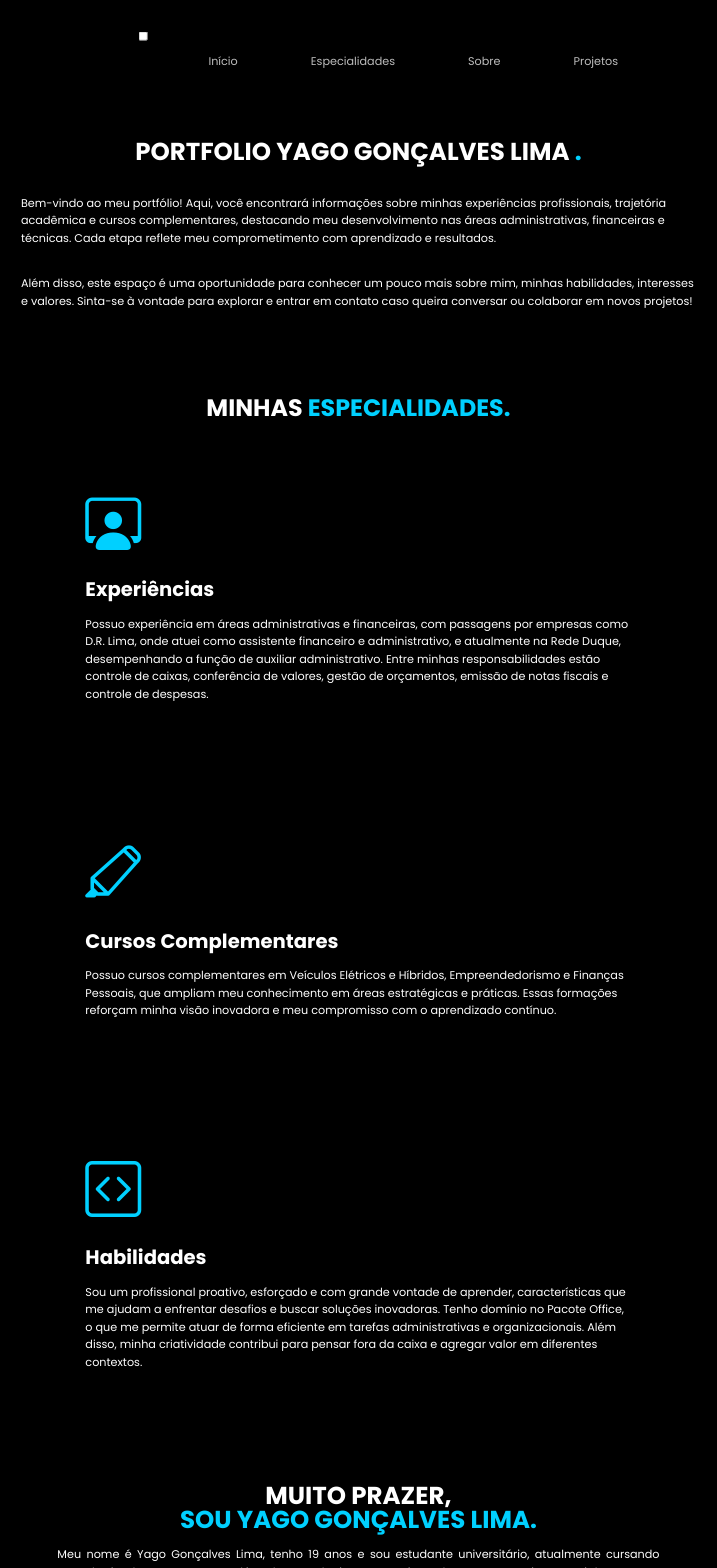
Repository: yagolima1511/Portfolio
Page: index.html
An editor plug-in stored every save of this project. The page is shown before and after the next save, followed by the edit.
The browser window is 1024 px wide. The pictures show the part of the page from y = 0 to 2240 px (the page is 5582 px tall before and 5605 px after), at 70% of full size.

Above is the page before, as saved 2025-03-03 21:15:06.

### index.html
<!DOCTYPE html>
<html lang="pt-br">
<head>
    <meta charset="UTF-8">
    <meta name="viewport" content="width=device-width, initial-scale=1.0">
    <link rel="preconnect" href="https://fonts.googleapis.com">
<link rel="preconnect" href="https://fonts.gstatic.com" crossorigin>
<link href="https://fonts.googleapis.com/css2?family=Cabin:ital,wght@0,400..700;1,400..700&family=Poppins:ital,wght@0,100;0,200;0,300;0,400;0,500;0,600;0,700;0,800;0,900;1,100;1,200;1,300;1,400;1,500;1,600;1,700;1,800;1,900&display=swap" rel="stylesheet">
<link rel="stylesheet" href="https://cdn.jsdelivr.net/npm/bootstrap-icons@1.11.3/font/bootstrap-icons.min.css">
    <link rel="stylesheet" href="style.css">
    <link rel="icon" href="imagens.portifolio/logo_yago_sem_fundo.png">
    <title>Yago Gonçalves Lima</title>
</head>
<body>

    <header>
        <div class="interface">
             <nav>
                <nav class="menu-desktop">
                    <ul>
                        <li><a href="#início">Início</a></li>
                        <li><a href="#especialidades">Especialidades</a></li>
                        <li><a href="#sobre">Sobre</a></li>
                        <li><a href="#projetos">Projetos</a></li>
                    </ul>
                </nav>
             </nav>
             <!-- MENU MOBILE-->
              <div class="menu-mobile">
                <input type="checkbox" id="menu-toggle">
                <label for="menu-toggle" class="menu-btn">
                    <i class="bi bi-list"></i>
                </label>
                <nav class="mobiel-nav">
                    <ul>
                          <li><a href="#início">Início</a></li>
                        <li><a href="#especialidades">Especialidades</a></li>
                        <li><a href="#sobre">Sobre</a></li>
                        <li><a href="#projetos">Projetos</a></li>
                    </ul>

                    <div class="btn-contato">
                        <a href="https://api.whatsapp.com/send?phone=5511951423405">
                            <Button>Contato</Button>
                        </a>
                    </div>


                    </ul>
                </nav>
              </div>
             <!--fim responsividade-->
             <div class="btn-contato">
                <a href="https://api.whatsapp.com/send?phone=5511951423405">
                    <button>Contato</button>
                </a>
             </div>
        </div><!--INTERFACE-->
    </header>

    <main>
        <section id="início">
        <section class="topo-do-site">
            <div class="interface">
                <div class="flex">
                    <div class="txt-topo-site">
                       <h1>PORTFOLIO YAGO GONÇALVES LIMA <span>.</span></h1>
                       <p>Bem-vindo ao meu portfólio! Aqui, você encontrará informações sobre minhas experiências profissionais, trajetória acadêmica e cursos complementares, destacando meu desenvolvimento nas áreas administrativas, financeiras e técnicas. Cada etapa reflete meu comprometimento com aprendizado e resultados.</p>
                       <p>Além disso, este espaço é uma oportunidade para conhecer um pouco mais sobre mim, minhas habilidades, interesses e valores. Sinta-se à vontade para explorar e entrar em contato caso queira conversar ou colaborar em novos projetos!</p>

                       <div class="btn-contato">
                        <a href="https://www.canva.com/design/DAGZft-klJw/L4ZIEv-Um3k0rW6E9iZL9g/edit?utm_content=DAGZft-klJw&utm_campaign=designshare&utm_medium=link2&utm_source=sharebutton">
                            <button>Dashboard CV</button>
                        </a>
                       </div>
                    </div>
                    <div class="img-topo-site">
                        <img id="img-home" src="imagens.portifolio/yago sem fundo.png" alt="" class="tamanho-fixo">

                    </div>
                </div>
            </div>
        </section>
    </section>
        <section id="especialidades">

        <section class="especialidades">
            <div class="interface">
                <h2 class="titulo">MINHAS <span>ESPECIALIDADES.</span></h2>
                <div class="flex">
                     <div class="especialidades-box">
                     <i class="bi bi-code-square"></i>
                     <h3>Habilidades</h3>
                     <p>Sou um profissional proativo, esforçado e com grande vontade de aprender, características que me ajudam a enfrentar desafios e buscar soluções inovadoras. Tenho domínio no Pacote Office, o que me permite atuar de forma eficiente em tarefas administrativas e organizacionais. Além disso, minha criatividade contribui para pensar fora da caixa e agregar valor em diferentes contextos.</p>
                </div>


                     <div class="especialidades-box">
                        <i class="bi bi-highlighter"></i>
                     <h3>Cursos Complementares</h3>
                     <p>Possuo cursos complementares em Veículos Elétricos e Híbridos, Empreendedorismo e Finanças Pessoais, que ampliam meu conhecimento em áreas estratégicas e práticas. Essas formações reforçam minha visão inovadora e meu compromisso com o aprendizado contínuo.</p>
                </div>

                     <div class="especialidades-box">
                        <i class="bi bi-person-workspace"></i>
                     <h3>Experiências</h3>
                     <p>Possuo experiência em áreas administrativas e financeiras, com passagens por empresas como D.R. Lima, onde atuei como assistente financeiro e administrativo, e atualmente na Rede Duque, desempenhando a função de auxiliar administrativo. Entre minhas responsabilidades estão controle de caixas, conferência de valores, gestão de orçamentos, emissão de notas fiscais e controle de despesas.
                    </p>
                </div>
            </div>
        </section>
    </section>
             <section id="sobre">
                    <section class="sobre">
                        <div class="interface">
                            <div class="flex">
                                <div class="img-sobre">
                                    <img src="imagens.portifolio/camisa gravata.jpeg" alt="" class="tamanho-fixo">
                                </div>
                                <div class="txt-sobre">
                                      <h2>MUITO PRAZER,<span> SOU YAGO GONÇALVES LIMA.</span> </h2>
                                          <p>Meu nome é Yago Gonçalves Lima, tenho 19 anos e sou estudante universitário, atualmente cursando Engenharia de Computação. Além da tecnologia, sou apaixonado por economia, especialmente por entender como as dinâmicas do mercado influenciam nosso dia a dia.</p>
                                          <p>Combinando meu conhecimento técnico e minha visão estratégica, estou sempre em busca de oportunidades para criar soluções inovadoras e gerar impacto real. Adoro desafios e acredito que o futuro pertence a quem está disposto a aprender e empreender!</p>
                                          <div class="btn-social">

                                                <a href="https://api.whatsapp.com/send?phone=5511951423405"><button><i class="bi bi-whatsapp"></i></button></a>
                                                <a href="https://www.linkedin.com/in/yago-lima-50758a299?utm_source=share&utm_campaign=share_via&utm_content=profile&utm_medium=ios_app"><button><i class="bi bi-linkedin"></i></button></a>

                                          </div>
                                </div>

                            </div>
                        </div>
                    </section>
                </section>
                    <section id="projetos">

                    <section class="projetos">
                        <div class="interface">
                            <h2><h2 class="titulo">PROJETO <span>DESENVOLVIDO.</span></h2></h2>

                           <div class="flex">
                            <div class="img-proj" style="background-image: url(imagens.portifolio/WhatsApp\ Image\ 2024-12-10\ at\ 22.25.13.jpeg);">
                                <div class="overlay">Projeto AlphaTec</div>
                            </div>
                            <div class="img-proj" style="background-image: url(imagens.portifolio/WhatsApp\ Image\ 2024-12-10\ at\ 22.20.26.jpeg);">
                                <div class="overlay">Projeto AlphaTec</div>
                            </div>
                            <div class="img-proj" style="background-image: url(imagens.portifolio/WhatsApp\ Image\ 2024-12-10\ at\ 22.20.24.jpeg);">
                                <div class="overlay">Projeto AlphaTec</div>

                            </div>
                           </div>
                        </div>

                        <section class="projeto">
                            <div class="interface">
                                <div class="flex">
                        <div class="txt-paragrafo-projeto">
                                <p>Juntamente com meus colegas de faculdade, desenvolvemos o Projeto AlphaTec. O projeto do carrinho autônomo com Arduino é uma aplicação simples de robótica, onde o objetivo principal é criar um veículo que detecte obstáculos e mude de direção automaticamente usando um sensor ultrassônico. Aqui está uma explicação didática e direta sobre os principais componentes e funcionamento:</p>

                        </div> <!--txt-->
                    </div>
                            </div><!--INTERFACE-->



                     </section>


                     <ul>
                        <li>
                            Arduino: É o "cérebro" do carrinho, responsável por processar as informações do sensor ultrassônico e controlar os motores.
                        <li>

                                Sensor Ultrassônico (HC-SR04): Detecta obstáculos à frente, medindo a distância usando ondas sonoras.
                            </li>
                            <li>
                                Motores e Ponte H (L298N): Movem o carrinho e permitem controlar o sentido de rotação (para frente, para trás ou virar).
                            </li>
                            <li>
                                Baterias/Pilhas: Alimentam o Arduino e os motores.
                            </li>
                            <li>
                                Estrutura do Carrinho: Uma base com rodas onde os componentes são fixados
                            </li>
                        </ul>

                    </section>
                </section>


    </main>
    <footer>
        <div class="interface">
            <div class="line-footer">
                <div class="flex">
                <div class="btn-social">

                    <a href="https://api.whatsapp.com/send?phone=5511951423405"><button><i class="bi bi-whatsapp"></i></button></a>
                    <a href="https://www.linkedin.com/in/yago-lima-50758a299?utm_source=share&utm_campaign=share_via&utm_content=profile&utm_medium=ios_app"><button><i class="bi bi-linkedin"></i></button></a>

              </div>
            </div>
            </div>
                <div class="line-footer borda">
                    <p><i class="bi bi-envelope-fill"></i> <a href="mailto:goncalveslima2005@gmail.com">goncalveslima2005@gmail.com</a></p>

            </div>

        </div>
    </footer>
</body>
</html>

### style.css
/*ESTILO GERAL*/
html {
    scroll-behavior: smooth;
}

*{
    margin: 0;
    padding: 0;
    box-sizing: 0;
    font-family: "Poppins", serif;
}

body{
    background-color: black;
    height: 100vh;
}

.interface{
    max-width: 1280px;
    margin: 0 auto;
}

.flex{
    display: flex;
}

.btn-contato button{
    padding: 10px 40px;
    font-size: 18px;
    font-weight: 700;
    background-color: #00d0ff;
    border: 0;
    border-radius: 30px;
    cursor: pointer;
    transition: .2s;
}

h2.titulo{
    color: white;
    font-size: 38px;
    text-align: center;
}

h2.titulo span{
    color: #00d0ff;
}

 button:hover{
    box-shadow: 0px 0px 8px #00d0ff;
    transform: scale(1.05);
}

/* ESTILO DO CABEÇALHO */
header{
    padding: 40px 4%;
}

header > .interface{
    display: flex;
    align-items: left;
    justify-content: space-between;
}

header a{
    color: #7d7d7d;
    text-decoration: none;
    display: inline-block;
    transition: .2s;
}

header a:hover{
    color:#fff;
    transform: scale(1.05);
}

header nav ul{
    list-style-type: none;
}

header nav ul li{
    display: inline-block;
    padding: 0 50px;
}

/* ESTILO DO TOPO DO SITE */
section.topo-do-site{
    padding: 40px 0%;
}

section.top-do-site.flex{
    align-items: center;
    justify-content: center;
    gap: 90px;
}

.topo-do-site h1{
    color: white;
    font-size: 42px;
    line-height: 40px;
}

.txt-topo-site span{
    color: #00d0ff;
}

.topo-do-site .txt-topo-site p{
    color: white;
    margin: 40px 30px;

}

.topo-do-site .img-topo-site img{
    position: relative;
    animation: flutuar 2s ease-in-out infinite alternate;
}

@keyframes flutuar{
    0%{
        top: 0;
    }
    100%{
        top: 30px;
    }
}

/* ESPECIALIDADES */
section.especialidades{
    padding: 40px 4%;
}

section.especialidades .flex{
    gap: 60px;
}

.especialidades .especialidades-box{
    color: white;
    padding: 40px;
    border-radius: 20px;
    margin-top: 45px;
    transition: .2s;
}

.especialidades .especialidades-box:hover{
    transform: scale(1.05);
    box-shadow: 0 0 8px #ffffff78;
}

.especialidades .especialidades-box i{
    font-size: 80px;
    color: #00d0ff;
}

.especialidades .especialidades-box h3{
   font-size: 28px;
   margin: 15px 0;
}

/* ESTILO SOBRE */
section.sobre{
    padding: 80px 4%;
}

section.sobre .flex{
    align-items: center;
    gap: 60px;
}

.sobre .txt-sobre{
    color: white;
    line-height: 40px;
    margin-bottom: 30px;
}

.sobre .txt-sobre h2{
    font-size: 40px;
}

.sobre .txt-sobre h2 span{
    color: #00d0ff;
    display: block;
}

.sobre .txt-sobre p{
     margin: 20px 0;
     text-align: justify;
     line-height: 25px;
}

 .btn-social button{
     width: 60px;
     height: 60px;
     border-radius: 50%;
     border: none;
     background-color: #00d0ff;
     font-size: 22px;
     cursor: pointer;
     margin: 0 5px;
     transition: 2.s;
}

/* ESTILO DO PORTIFÓLIO */
section.projetos{
     padding: 80px 4%;
     box-shadow: 0 0 40px 10px rgba(255, 255, 255, 0.107);
}

section.projetos .flex{
    justify-content: space-around;
    margin-top: 60px;
}

.img-proj{
    width: 360px;
    height: 460px;
    background-size: cover;
    background-position: 100% 0%;
    transition: 1s;
    cursor: pointer;
    border-radius: 40px;  /* DEIXA A FOTO C ASA BORDAS REDONDAS */
    position: relative;
}

.img-proj:hover{
    background-position: 100% 100%;
}


.overlay{
    position: absolute;
    top: 0;
    left: 0;
    width: 100%;
    height: 100%;
    background-color: #010d01c3;
    border-radius: 40px;
    display: flex;
    align-items: center;
    justify-content: center;
    font-size: 24px;
    font-weight: 600;
    color: white;
    opacity: 0;
    transition: .5s;
}

.overlay:hover{
    opacity: 1;
}

.txt-paragrafo-projeto p{
    color: white;
    margin-bottom: 20px;
}

ul{
    list-style-position: inside;
    color: white;
    padding: 10px 50px;
}

/* ESTILO DO RODAPÉ */

footer{
    padding: 60px 4%;
    box-shadow: 0 0 40px 10px rgba(255, 255, 255, 0.090);
}

footer .flex{
    justify-content: space-between;
}

footer .line-footer{
    padding: 20px 0;
}

.borda{
    border-top: 2px solid #00d0ff;
}

footer .line-footer p i{
    color: #00d0ff;
    font-size: 22px;
}

footer .line-footer p a{
    color: white;
}

footer .line-footer p{
    text-align: right;
}



@media screen and (max-width: 1041.60px){
    /*classes gerais*/

    .flex{
        flex-direction: column-reverse;
    }

    h2.titulo{
        font-size: 34px;
        line-height: 40px;
    }

    /*cabeçalho*/
    .menu-desktop, .btn-contato{
        display: none;
    }

    .img-topo-site {
        display: none;
    }

    .txt-topo-site h1{
        margin: 7px;
        text-align: center;
        font-size: 35px;
    }

    /*topo do site*/

    section.top-do-site .flex{
        gap: 40px;

    section.topo-do-site{
        padding: 20px 8%;
    }


    .topo-do-site h1{
        font-size: 30px;
    }


    .topo-do-site .img-topo-site img{
        width: 100%;

    }
}
    /* ESPECIALIDADES */
section.especialidades{
    padding: 40px 8%;
    flex-direction: column;
}
/* SOBRE */
section.sobre{
    padding: 80px 8%;
}
.sobre .txt-sobre h2{
    font-size: 35px;
    line-height: 35px;
    text-align: center;
}
.btn-social{
    text-align: center;
}

.img-sobre img{
    width: 100%;
}

/* PROJETO*/
section.projetos{
    padding: 80px 8%;
}
.img-proj{
    width: 100%;
    max-width: 360px;
    margin: 0 auto;

}

section.projetos .flex{
   gap: 60px;
}
footer .flex{
    flex-direction: column;
}

footer .line-footer p{
    text-align: center;
}


}

.tamanho-fixo{


    height: 492px;
}

header a {
    color: #bdbdbd;
    text-decoration: none;
    display: inline-block;
    transition: .2s;
}

/* responsividade */

After the next save:
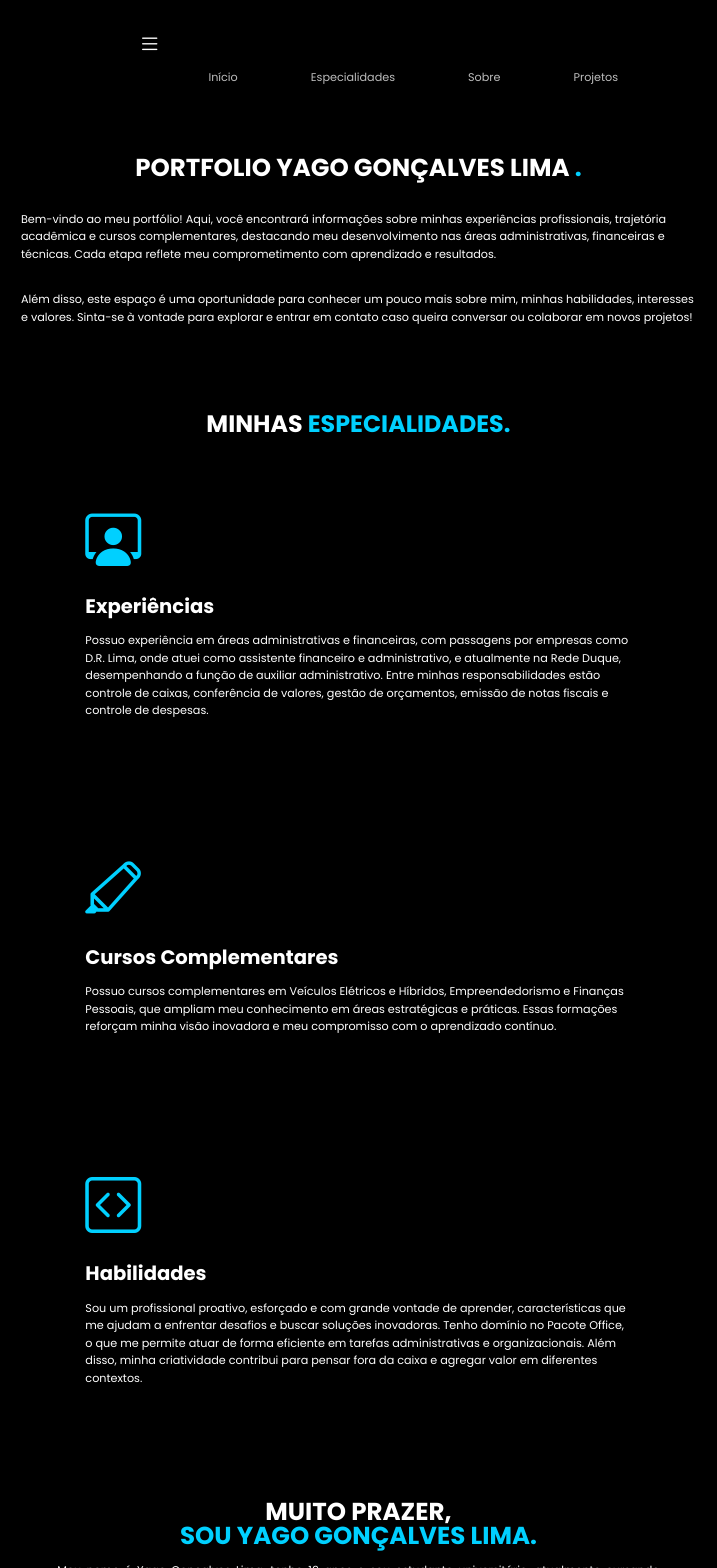
Saved 7 s later.
--- a/style.css
+++ b/style.css
@@ -400,3 +400,72 @@ header a {
 }
 
 /* responsividade */
+/* Estilo do Menu Desktop */
+.menu-desktop {
+    display: block;
+}
+
+/* Esconder o menu mobile por padrão */
+.menu-mobile {
+    display: none;
+}
+
+/* Botão do menu mobile */
+.menu-btn {
+    font-size: 32px;
+    cursor: pointer;
+    color: white;
+    display: none;
+}
+
+/* Estilos do menu mobile */
+.mobile-nav {
+    display: none;
+    position: absolute;
+    top: 80px;
+    right: 20px;
+    background: rgba(0, 0, 0, 0.9);
+    padding: 20px;
+    border-radius: 10px;
+    text-align: center;
+}
+
+.mobile-nav ul {
+    list-style: none;
+    padding: 0;
+}
+
+.mobile-nav li {
+    margin: 10px 0;
+}
+
+.mobile-nav a {
+    color: white;
+    text-decoration: none;
+    font-size: 20px;
+}
+
+/* Esconder checkbox */
+#menu-toggle {
+    display: none;
+}
+
+/* Mostrar menu quando checkbox for marcado */
+#menu-toggle:checked ~ .mobile-nav {
+    display: block;
+}
+
+/* Tornar o menu responsivo */
+@media screen and (max-width: 1041px) {
+    .menu-desktop {
+        display: none;
+    }
+
+    .menu-mobile {
+        display: block;
+    }
+
+    .menu-btn {
+        display: block;
+    }
+}
